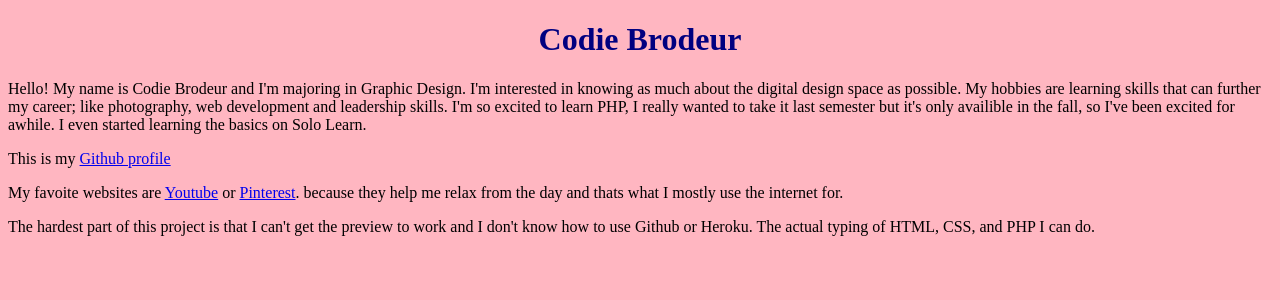
Repository: codieb1997/cosw30
Page: http://localhost/labwork/lab1.php
The author's editor kept a record of every edit. The page is drawn from the files as they stood at one moment, then again after the next edit.
The browser window is 1280 px wide. The pictures show the whole page.
The page is run by PHP 8.4 with error messages shown; the project is at /var/www/html/.

Above is the page before.

### labwork/lab1.php
<!doctype html>
<html>
    <head>
        <title>Labwork 1: Hello World</title>
        <style>
        body{
            background-color: lightpink;
        }
        h1{
            text-align: center;
            color: navy;
        }
        </style>
    </head>
    <body>
        <h1>Codie Brodeur</h1>
        <p>Hello! My name is Codie Brodeur and I'm majoring in Graphic Design.
            I'm interested in knowing as much about the digital design space as possible.
            My hobbies are learning skills that can further my career; like photography,
            web development and leadership skills. I'm so excited to learn PHP, I really
            wanted to take it last semester but it's only availible in the fall, so I've
            been excited for awhile. I even started learning the basics on Solo Learn.
        </p>

        <p>This is my <a href="http://github.com/codieb1997/cosw30" target="_blank">
            Github profile</a>
        </p>

        <?php
        /*
            lab1.php
            Codie Brodeur
            September 1,2019
        */
            print "<p>My favoite websites are <a href=\"https://www.youtube.com/\">
            Youtube</a> or <a href=\"https://www.pinterest.com/\">Pinterest</a>.
            because they help me relax from the day and thats what I mostly use the
            internet for.</p>";

            print "<p>The hardest part of this project is that I can't get the
            preview to work and I don't know how to use Github or Heroku. The
            actual typing of HTML, CSS, and PHP I can do.</p>";

        ?>
    </body>
</html>

After the next edit:
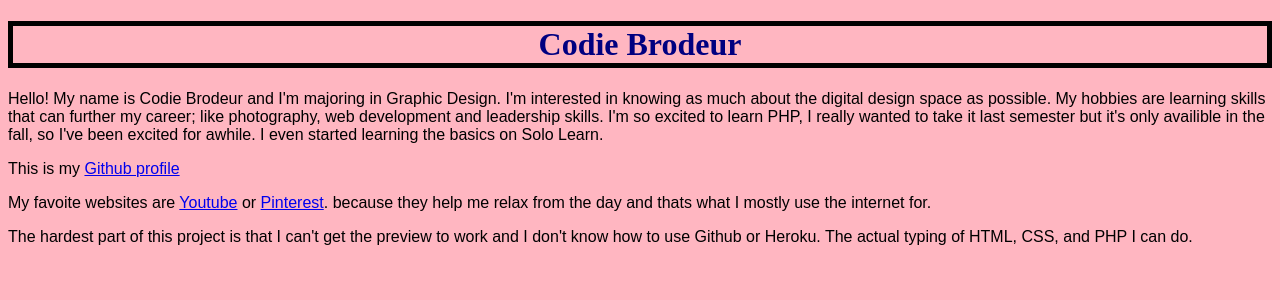
The edit:
--- a/labwork/lab1.php
+++ b/labwork/lab1.php
@@ -9,6 +9,10 @@
         h1{
             text-align: center;
             color: navy;
+            border: 5px solid black;
+        }
+        p{
+            font-family: sans-serif;
         }
         </style>
     </head>
